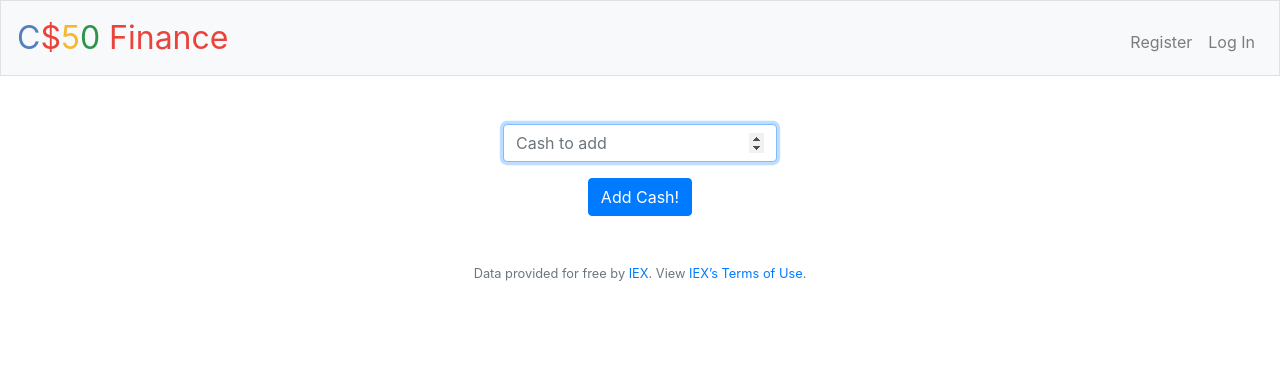
Repository: Mackeyrw/gitTest-CS50
Page: pset8/finance/templates/add.html
The author's editor kept a record of every edit. The page is drawn from the files as they stood at one moment, then again after the next edit.
The browser window is 1280 px wide. The pictures show the whole page.
The template is drawn by Flask 3. The application's start-up code is not run. The template is opened directly, without the code that normally fills it, so the values that code supplies are empty.

Above is the page before.

After the next edit:
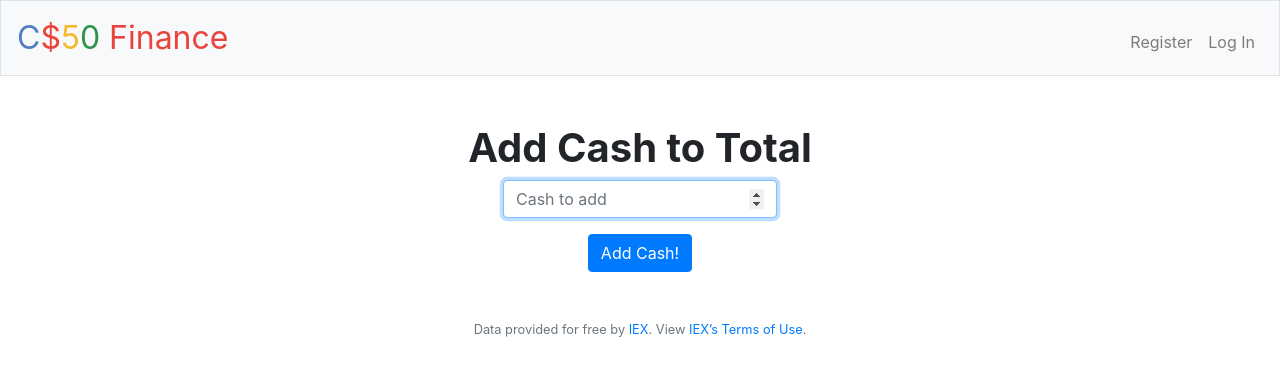
The edit:
--- a/pset8/finance/templates/add.html
+++ b/pset8/finance/templates/add.html
@@ -5,6 +5,7 @@
 {% endblock %}
 
 {% block main %}
+    <h1><b>Add Cash to Total</b></h1>
     <form action="/add" method="post">
         <div class="form-group">
             <input name="symbol" type="number" placeholder="Cash to add" autocomplete="off" autofocus class="form-control">
